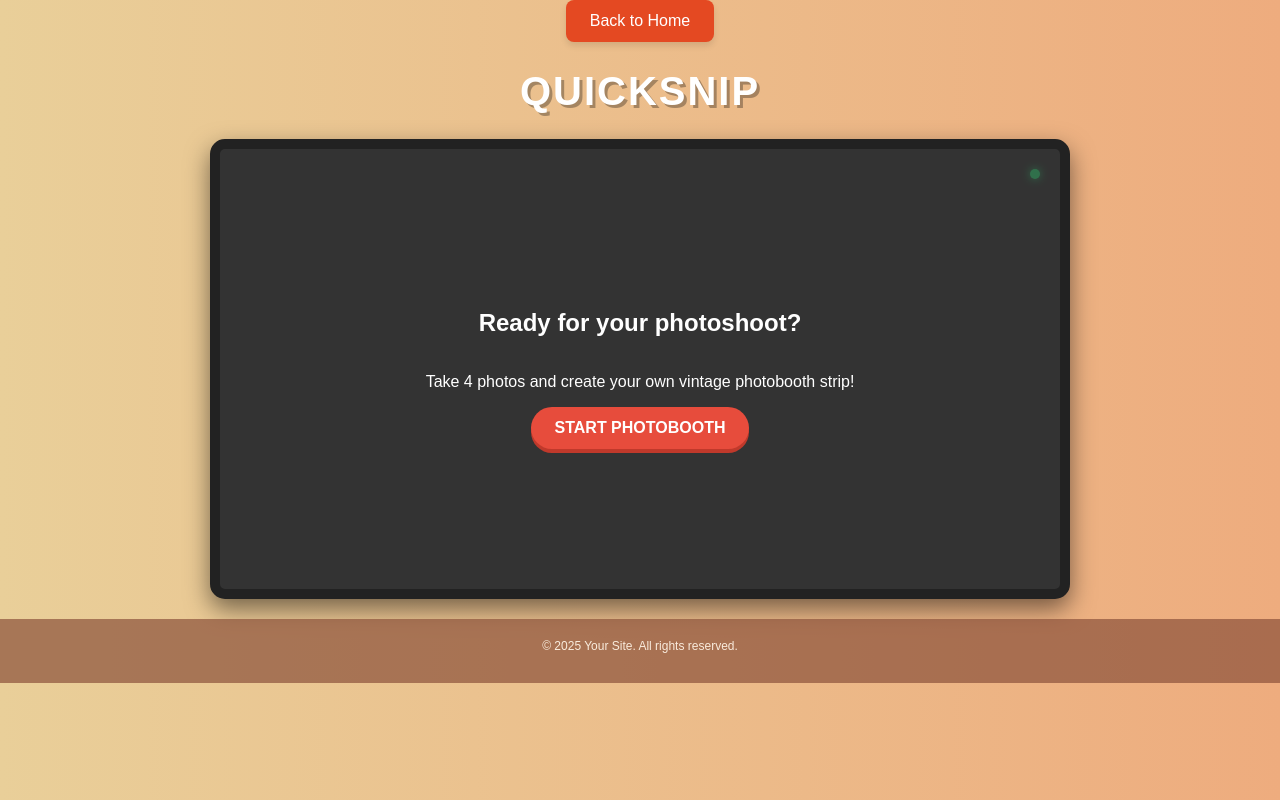
Repository: Strawb3rryjam/QuickSnip
Page: photobooth.html
The author's editor kept a copy of each file at every save. The page is drawn from the files as they stood at one save, then again after the next save.
The browser window is 1280 px wide. The pictures show the whole page.
Some web fonts or font styles are not loaded; a fallback is used.

Above is the page before, as saved 2025-05-09 11:42:53.

After the next save:
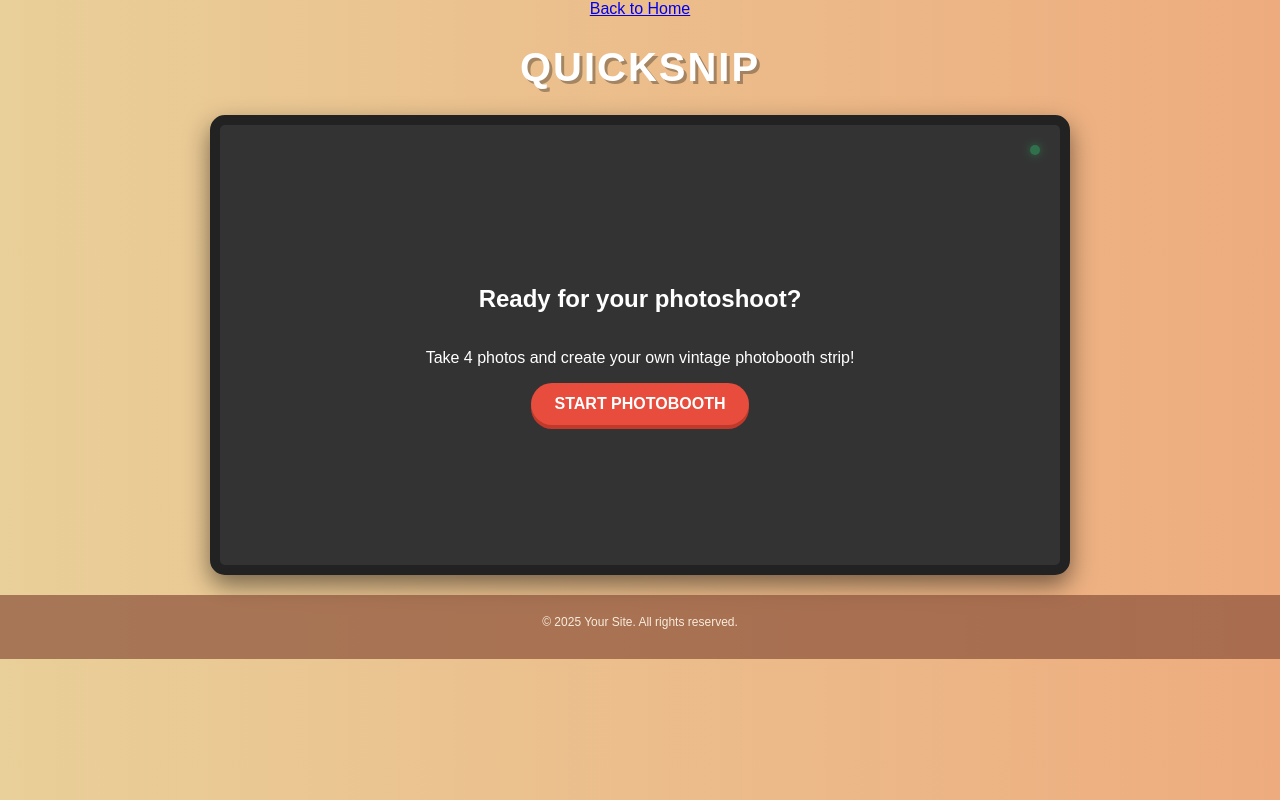
Saved 20 s later.
--- a/styles.css
+++ b/styles.css
@@ -64,16 +64,23 @@ h1 {
 
 
 #home {
-  background-color: #e44922;
+ button {
+  position: absolute;
+  top: 0;
+  left: 0;
+  background-color: #e74c3c;
   color: white;
   border: none;
   padding: 12px 24px;
-  border-radius: 8px;
   font-size: 16px;
+  border-radius: 30px;
   cursor: pointer;
-  transition: background-color 0.3s ease;
-  box-shadow: 0 4px 6px rgba(0, 0, 0, 0.1);
-  text-decoration: none; /* removes underline */
+  transition: all 0.3s;
+  font-weight: bold;
+  box-shadow: 0 4px 0 #c0392b;
+  text-transform: uppercase;
+}
+
 
 }
 
